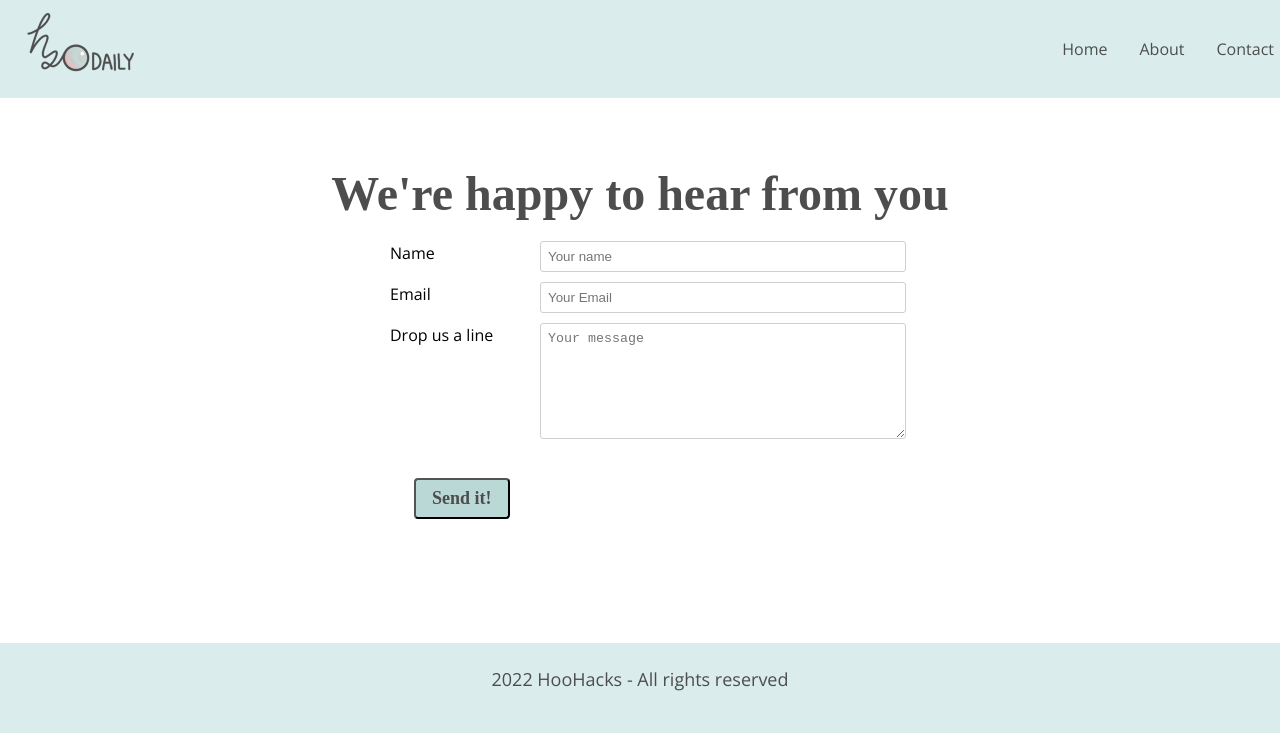
Repository: jennyjjung/H2ODaily
Page: contact.html
These files come from the project's save history. The page is drawn as it stood at one moment and after the next save; the edit follows.
The browser window is 1280 px wide. The pictures show the whole page.
Some web fonts or font styles are not loaded; a fallback is used.

Above is the page before, as saved 2022-03-26 21:06:12.

### contact.html
<!DOCTYPE html>
<html lang="en">
<head>
  <meta charset="UTF-8">
  <meta http-equiv="X-UA-Compatible" content="IE=edge">
  <meta name="viewport" content="width=device-width, initial-scale=1.0">
  <title>H2O Daily</title>
  <link href='https://fonts.googleapis.com/css?family=Unica One' rel='stylesheet'>
  <link href="https://fonts.googleapis.com/css2?family=Open+Sans:wght@400;600;700&display=swap" rel="stylesheet">
  <link rel="stylesheet" href="style.css" />
  <script src="main.js" defer></script>
</head>
<body>

  <nav id="navbar">
    <div class="navbar__logo">
      <a href="index.html"><img src="images/logo.png" id="navbar__logo"></a>
    </div>
    <div class="navbar__menu">
      <li class="navbar__menu__item"><a href="index.html">Home</a></li>
      <li class="navbar__menu__item"><a href="about.html">About</a></li>
      <li class="navbar__menu__item"><a href="contact.html">Contact</a></li>
    </div>
  </nav>

  <section id="contact">
    <h1>We're happy to hear from you</h1>
    <div class="contact__content">
      <form method="post" action="#" class="contact-form">
        <div class="row">
          <div class="table__label">
            <label for="name">Name</label>
          </div>
          <div class="table__input">
            <input type="text" name="name" id="name" placeholder="Your name" required>
          </div>
        </div>

        <div class="row">
          <div class="table__label">
            <label for="email">Email</label>
          </div>
          <div class="table__input">
            <input type="email" name="email" id="email" placeholder="Your Email" required>
          </div>
        </div>

        <div class="row">
          <div class="table__label">
            <label>Drop us a line</label>
          </div>
          <div class="table__input">
            <textarea name="message" placeholder="Your message"></textarea>
          </div>
        </div>

        <div class="row">
          <input type="submit" value="Send it!">
        </div>
      </form>
    </div>
  </section>

  <section id="bottom">
    <div class= "bottom__container">
      <p class="bottom__rights">2022 HooHacks - All rights reserved</p>
    </div>
  </section>

</body>
</html>

### style.css
/* Global */
:root {
  /* Color */
  --color-white: #ffffff;
  --color-dark-grey: #4d4d4d;
  --color-blue: #daedec;
  --color-dark-blue: #b9d8d6;
  --color-yellow: rgb(241, 247, 208);

  /* Font weight */
  --weight-bold: 700;
  --weight-semi-bold: 600;
  --weight-regular: 400;

  /* Font Size */
  --font-large: 48px;
  --font-medium: 28px;
  --font-regular: 18px;
  --font-small: 16px;
  --font-micro: 14px;

  /* Size */
  --size-border-radius: 4px;
}

body {
  margin: 0;
  font-family: "Open Sans";
  cursor: default;
  text-align: center;
}

h1 {
  font-size: var(--font-large);
  font-weight: var(--weight-bold);
  color: var(--color-dark-grey);
  font-family: "Unica One";
  margin: 16px 0px;
}

p {
  font-size: var(--font-regular);
  font-weight: var(--weight-regular);
  color: var(--color-dark-grey);
  margin: 4px 0;
}

li {
  list-style: none;
}

a {
  text-decoration: none;
  color: var(--color-dark-grey);
}

/* Navbar */
#navbar {
  position: fixed;
  display: flex;
  justify-content: space-between;
  width: 100%;
  background-color: var(--color-blue);
  padding: 10px;
  align-items: center;
}

.navbar__menu {
  display: flex;
  margin-left: 25px;
}

.navbar__logo {
  font-size: var(--font-medium);
  font-weight: var(--weight-semi-bold);
  justify-content: center;
}

#nevbar__logo {
  width: 80px;
  padding-left: 20px;
  padding-top: 10px;
}

.navbar__menu__item {
  padding: 8px 12px;
  margin: 0 4px;
  cursor: pointer;
  border-radius: var(--size-border-radius);
}

.navbar__menu__item:hover {
  background-color: var(--color-dark-blue);
}

/* Home */
#home,
#contact,
#about {
  padding: 150px 40px 100px 40px;
}

.home__title {
  color: var(--color-dark-grey);
}

.home__content {
  width: 80%;
}

.home__container {
  display: flex;
  flex-direction: column;
  align-items: center;
  justify-content: center;
}

.home__logo {
  width: 300px;
  height: 300px;
  margin: 20px;
  margin-bottom: 0;
}

.btn__home,
input[type="submit"] {
  color: var(--color-dark-grey);
  background-color: var(--color-blue);
  font-size: var(--font-regular);
  font-weight: var(--weight-bold);
  font-family: "Unica One";
  margin: 24px;
  padding: 8px 16px;
  border-radius: var(--size-border-radius);
}

.btn__home:hover,
input[type="submit"] {
  background-color: var(--color-dark-blue);
}

#bottom {
  background-color: var(--color-blue);
  padding: 20px;
  text-align: center;
  height: 50px;
}

.about__content,
.contact__content {
  width: 70%;
  text-align: center;
  margin: auto;
}

/* Contact */
form {
  width: 500px;
  margin: auto;
  margin-top: 20px;
}
.row {
  display: flex;
  justify-content: space-between;
  margin-top: 10px;
}

input[type="text"],
input[type="email"],
textarea {
  width: 100%;
  padding: 7px;
  border-radius: 3px;
  border: 1px solid rgb(207, 207, 207);
}

textarea {
  height: 100px;
}

.table__label {
  width: 30%;
  text-align: left;
  line-height: 150%;
}

.table__input {
  width: 70%;
}

input[type="submit"] {
}

Loaded but not shown: main.js (no copy from this time; the picture is the same without it)

After the next save:
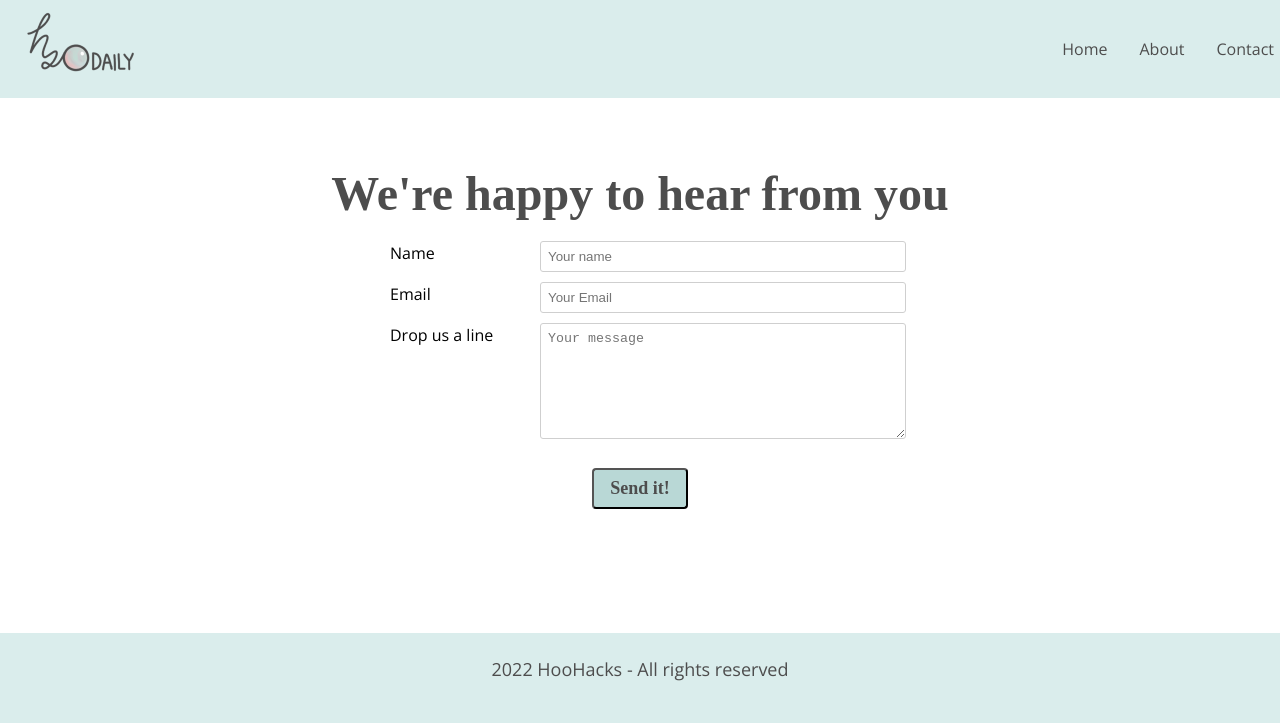
Saved 29 s later.
--- a/contact.html
+++ b/contact.html
@@ -54,9 +54,9 @@
           </div>
         </div>
 
-        <div class="row">
+
           <input type="submit" value="Send it!">
-        </div>
+
       </form>
     </div>
   </section>
